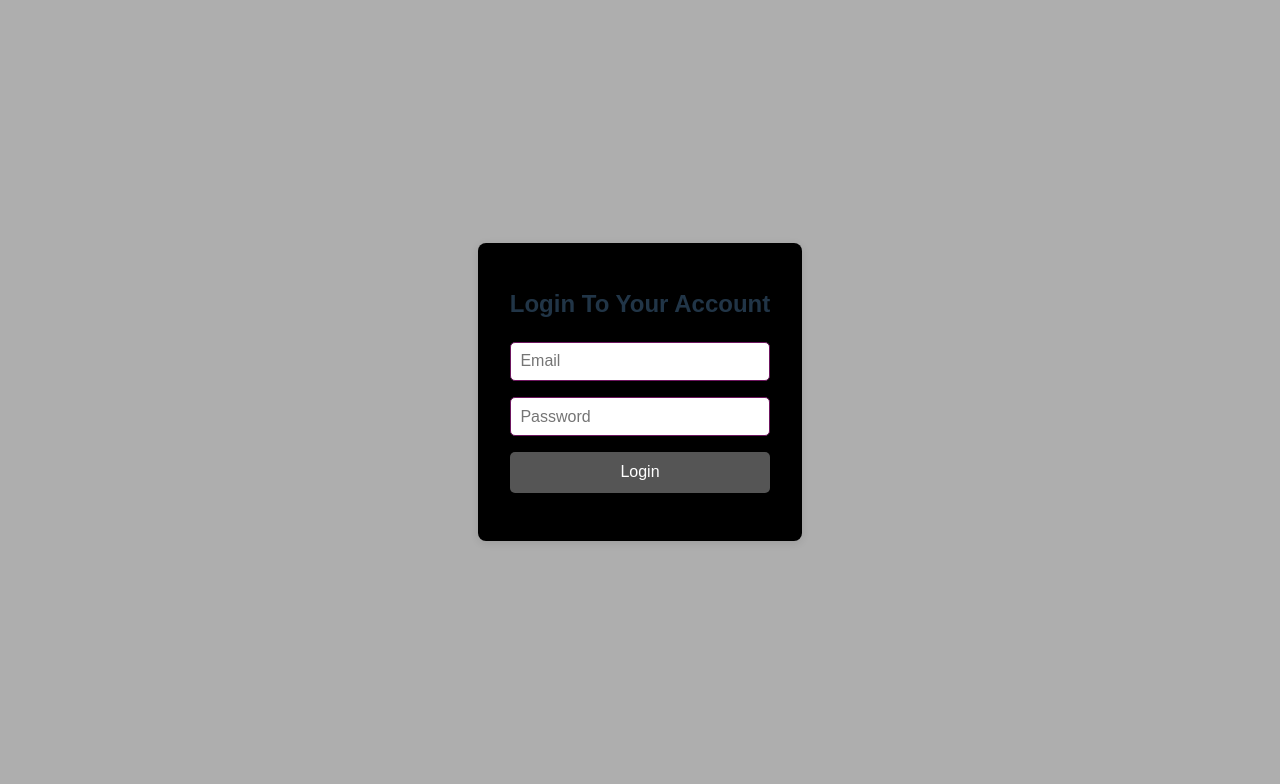
Repository: revathithiruvasagan/cuic26
Page: / (app in testapp/)
These files come from the project's save history. The page is drawn as it stood at one moment and after the next save; the edit follows.
The browser window is 1280 px wide. The pictures show the whole page.
The project was rebuilt for these pictures with package versions that can differ from the ones it lists, and the page was loaded fresh each time. Also part of the build but not shown: testapp/vite.config.js.

Above is the page before, as saved 2025-05-30 20:56:14.

### testapp/src/App.jsx
import { useState } from 'react';
import Login from './components/Login';
import './App.css';

function App() {
  const [user, setUser] = useState(null);

  const handleLoginSuccess = (userData) => {
    setUser(userData);
  };

  const handleLogout = () => {
    setUser(null);
  };

  return (
    <div className="App">
      {!user ? (
        <Login onLoginSuccess={handleLoginSuccess} />
      ) : (
        <div className="dashboard">
          <div className="dashboard-header">
            <h1>Welcome, {user.name || user.email}!</h1>
            <button onClick={handleLogout} className="logout-btn">
              Logout
            </button>
          </div>
          <div className="dashboard-content">
            <div className="user-info">
              <h2>User Information</h2>
              <p><strong>Email:</strong> {user.email}</p>
              <p><strong>User ID:</strong> {user.id}</p>
              <p><strong>Login Time:</strong> {new Date().toLocaleString()}</p>
            </div>
            <div className="login-data">
              <h2>Console Output</h2>
              <p>Check the browser console to see the JSON login data that was logged.</p>
              <code>
                {JSON.stringify(user, null, 2)}
              </code>
            </div>
          </div>
        </div>
      )}
    </div>
  );
}

export default App;

### testapp/src/components/Login.jsx
import { useState } from "react";
import { loginUser, validateEmail } from "../utils/auth";
import "../styles/Login.css";

const Login = () => {
  const [formData, setFormData] = useState({
    email: "",
    password: "",
  });
  const [errors, setErrors] = useState({});
  const [message, setMessage] = useState(null);
  const [loading, setLoading] = useState(false);

  const handleChange = (e) => {
    const { name, value } = e.target;
    setFormData((prev) => ({
      ...prev,
      [name]: value,
    }));

    if (errors[name]) {
      setErrors((prev) => ({
        ...prev,
        [name]: "",
      }));
    }
  };

  const handleBlur = (e) => {
    const { name, value } = e.target;

    if (name === "email" && value && !validateEmail(value)) {
      setErrors((prev) => ({
        ...prev,
        email: "Please enter a valid email address",
      }));
    }
  };

  const handleSubmit = async (e) => {
    e.preventDefault();

    setErrors({});
    setMessage(null);

    // Validation
    const newErrors = {};

    if (!formData.email) {
      newErrors.email = "Email is required";
    } else if (!validateEmail(formData.email)) {
      newErrors.email = "Please enter a valid email address";
    }

    if (!formData.password) {
      newErrors.password = "Password is required";
    } else if (formData.password.length < 6) {
      newErrors.password = "Password must be at least 6 characters";
    }

    if (Object.keys(newErrors).length > 0) {
      setErrors(newErrors);
      return;
    }

    setLoading(true);

    try {
      const result = await loginUser(formData);

      if (result.success) {
        setMessage({ type: "success", text: result.message });

        setFormData({ email: "", password: "" });
      } else {
        setMessage({ type: "error", text: result.message });
      }
    } catch (error) {
      console.error("Login error:", error);
      setMessage({ type: "error", text: "An error occurred during login" });
    } finally {
      setLoading(false);
    }
  };

  return (
    <div className="login-page">
      <div className="login-container">
        <form onSubmit={handleSubmit} noValidate>
          {message && (
            <div className={`alert ${message.type}`}>
              <p>{message.text}</p>
            </div>
          )}

          <h1 className="login-title">Login To Your Account</h1>

          <div className="form-group">
            <input
              type="email"
              name="email"
              value={formData.email}
              onChange={handleChange}
              onBlur={handleBlur}
              className={`form-control ${errors.email ? "error" : ""}`}
              placeholder="Email"
              required
            />
            {errors.email && (
              <div
                className="alert error"
                style={{ marginTop: "0.5rem", marginBottom: 0 }}
              >
                {errors.email}
              </div>
            )}
          </div>

          <div className="form-group">
            <input
              type="password"
              name="password"
              value={formData.password}
              onChange={handleChange}
              className={`form-control ${errors.password ? "error" : ""}`}
              placeholder="Password"
              required
            />
            {errors.password && (
              <div
                className="alert error"
                style={{ marginTop: "0.5rem", marginBottom: 0 }}
              >
                {errors.password}
              </div>
            )}
          </div>

          <div className="form-group">
            <button type="submit" className="login-btn" disabled={loading}>
              {loading && <span className="spinner"></span>}
              {loading ? "Signing In..." : "Login"}
            </button>
          </div>
        </form>
      </div>
    </div>
  );
};

export default Login;

### testapp/src/utils/auth.js
// Authentication utility functions
export const validateEmail = (email) => {
  const emailRegex = /^[^\s@]+@[^\s@]+\.[^\s@]+$/;
  return emailRegex.test(email);
};


export const validatePassword = (password) => {
  if (!password) {
    return { isValid: false, message: 'Password is required' };
  }

  if (password.length < 6) {
    return { isValid: false, message: 'Password must be at least 6 characters' };
  }

  if (password.length < 8) {
    return { isValid: true, message: 'Password strength: Weak' };
  }

  const hasUpperCase = /[A-Z]/.test(password);
  const hasLowerCase = /[a-z]/.test(password);
  const hasNumbers = /\d/.test(password);
  const hasSpecialChar = /[!@#$%^&*(),.?":{}|<>]/.test(password);

  const strengthCount = [hasUpperCase, hasLowerCase, hasNumbers, hasSpecialChar].filter(Boolean).length;

  if (strengthCount >= 3) {
    return { isValid: true, message: 'Password strength: Strong' };
  } else if (strengthCount >= 2) {
    return { isValid: true, message: 'Password strength: Medium' };
  } else {
    return { isValid: true, message: 'Password strength: Weak' };
  }
};


export const loginUser = async (credentials) => {

  await new Promise(resolve => setTimeout(resolve, 500));

  //Console log
  console.log('Login Data:', JSON.stringify(credentials, null, 2));

  return {
    success: true,
    message: 'Login data logged to console successfully!'
  };
};

//Log data
export const formatUserData = (user) => {
  const formatted = {
    email: user.email,
    loginTime: new Date().toISOString()
  };


  console.log('Formatted user data:', JSON.stringify(formatted, null, 2));

  return formatted;
};


export const setUserSession = (userData) => {
  console.log('User session data:', JSON.stringify(userData, null, 2));
};


export const clearUserSession = () => {
  console.log('User session cleared at:', new Date().toISOString());
};


export const getUserSession = () => {
  console.log('Getting user session - none stored');
  return null;
};

### testapp/src/styles/Login.css
body {
  margin: 0;
  padding: 0;
  background-color: #aeaeae;
  font-family: sans-serif;
}

.login-page {
  display: flex;
  justify-content: center;
  align-items: center;
  height: 100vh;
}

.login-container {
  background-color: rgb(0, 0, 0);
  padding: 2rem;
  border-radius: 8px;
  width: 100%;
  max-width: 350px;
  box-shadow: 0 2px 8px rgba(0, 0, 0, 0.1);
}

.login-title {
  text-align: center;
  margin-bottom: 1.5rem;
  font-size: 1.5rem;
}

.form-group {
  margin-bottom: 1rem;
}

.form-control {
  width: 100%;
  padding: 0.6rem;
  font-size: 1rem;
  border: 1px solid #6d155e;
  border-radius: 5px;
  box-sizing: border-box;
}

.form-control.error {
  border-color: #e74c3c;
}

.alert {
  font-size: 0.9rem;
  padding: 0.5rem;
  border-radius: 4px;
  margin-top: 0.5rem;
  color: #721c24;
  background-color: #f8d7da;
}

.login-btn {
  width: 100%;
  padding: 0.7rem;
  background-color: #555555;
  color: white;
  border: none;
  border-radius: 5px;
  cursor: pointer;
}

.login-btn:hover {
  background-color: #333;
}

Loaded but not shown: testapp/index.html (common file); testapp/src/main.jsx (common file); testapp/src/index.css (common file); testapp/src/App.css (common file)

After the next save:
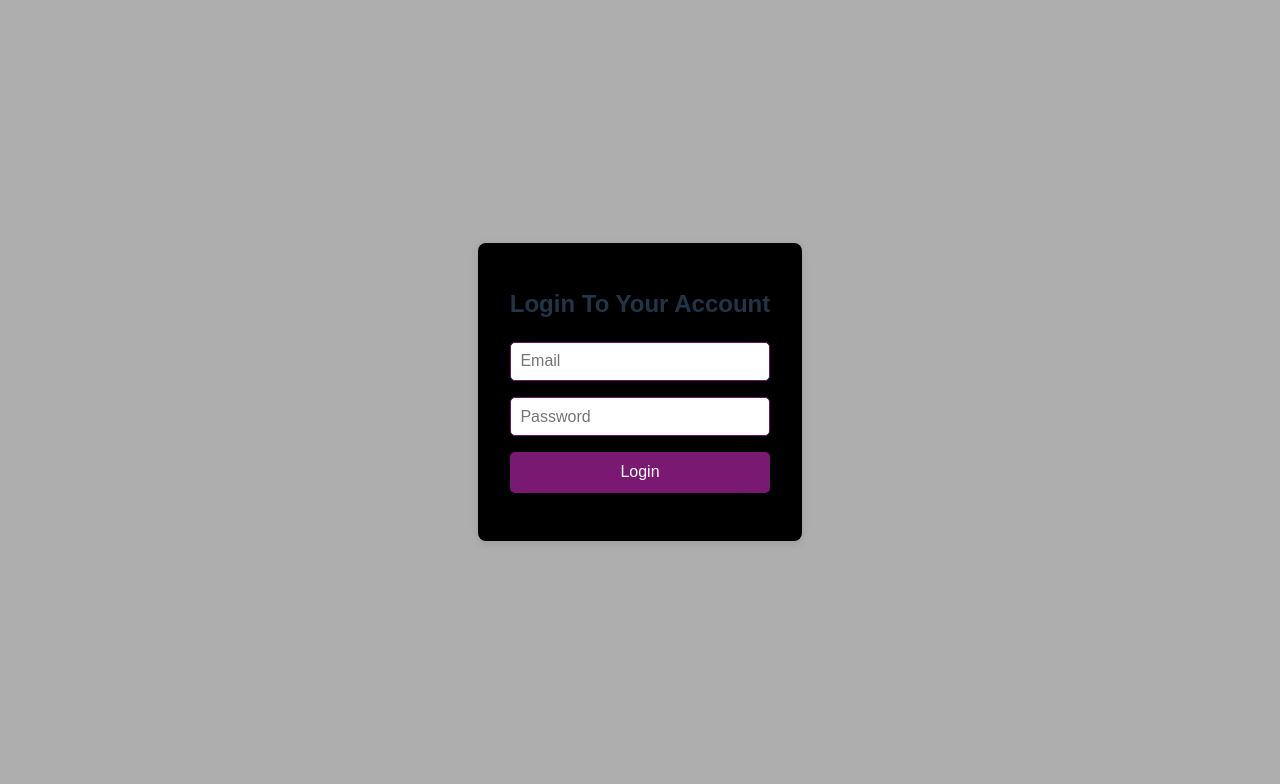
Saved 4 s later.
--- a/testapp/src/styles/Login.css
+++ b/testapp/src/styles/Login.css
@@ -56,7 +56,7 @@ body {
 .login-btn {
   width: 100%;
   padding: 0.7rem;
-  background-color: #555555;
+  background-color: #791972;
   color: white;
   border: none;
   border-radius: 5px;
